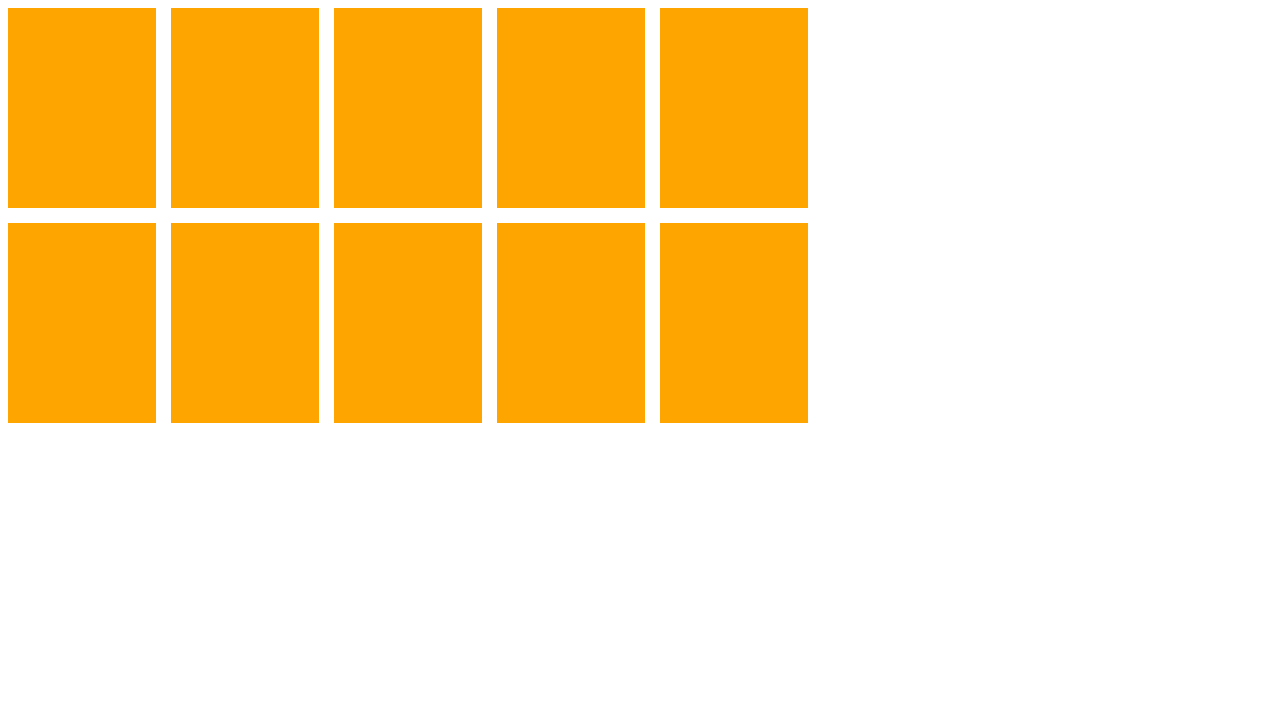
Repository: pettinelli1202/Diablo-MemoryGame
Page: pages/game.html
An editor plug-in stored every save of this project. The page is shown before and after the next save, followed by the edit.
The browser window is 1280 px wide. The pictures show the whole page.

Above is the page before, as saved 2023-02-21 17:37:30.
Console error: TypeError: Cannot read properties of null (reading 'addEventListener')

### pages/game.html
<!DOCTYPE html>
<html lang="en">

<head>
    <meta charset="UTF-8">
    <meta http-equiv="X-UA-Compatible" content="IE=edge">
    <meta name="viewport" content="width=device-width, initial-scale=1.0">
    <title>D2 - Memory Game</title>

    <link rel="stylesheet" href="/css/game.css">

    <script defer src="/js/login.js"></script>

</head>

<body>
    <div class="grid">

        <div class="card"></div>
        <div class="card"></div>
        <div class="card"></div>
        <div class="card"></div>
        <div class="card"></div>
        <div class="card"></div>
        <div class="card"></div>
        <div class="card"></div>
        <div class="card"></div>
        <div class="card"></div>


    </div>
</body>

</html>

### css/game.css
.grid {
    display: grid;
    grid-template-columns: repeat(5, 1fr);
    max-width: 800px;
    gap: 15px;
}

.card {
    width: 100%;
    height: 200px;
    background-color: orange;
}

### js/login.js
const input = document.querySelector('.login_input');
const button = document.querySelector('.login_button');
const form = document.querySelector('.login-form');

const validacaoInput = ({ target }) => {
    if (target.value.length > 2) {
        button.removeAttribute('disabled');
    } else {
        button.setAttribute('disabled', '')
    }
}

const manipularEnvio = (event) => {
    event.preventDefault();

    localStorage.setItem('player', input.value);
    window.location = 'pages/game.html';
}

input.addEventListener('input', validacaoInput);
form.addEventListener('submit', manipularEnvio);

After the next save:
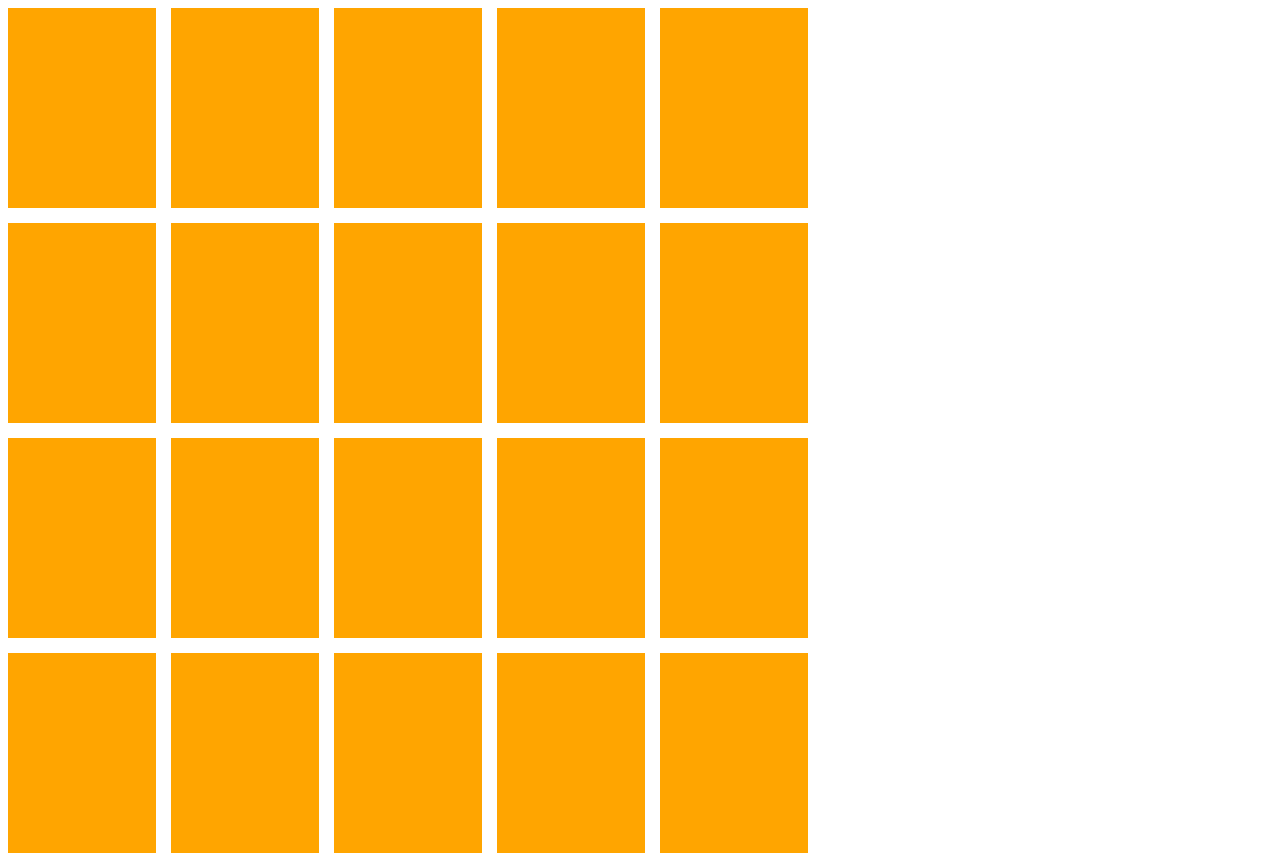
Saved 5 s later.
--- a/pages/game.html
+++ b/pages/game.html
@@ -27,7 +27,16 @@
         <div class="card"></div>
         <div class="card"></div>
 
-
+        <div class="card"></div>
+        <div class="card"></div>
+        <div class="card"></div>
+        <div class="card"></div>
+        <div class="card"></div>
+        <div class="card"></div>
+        <div class="card"></div>
+        <div class="card"></div>
+        <div class="card"></div>
+        <div class="card"></div>
     </div>
 </body>
 
